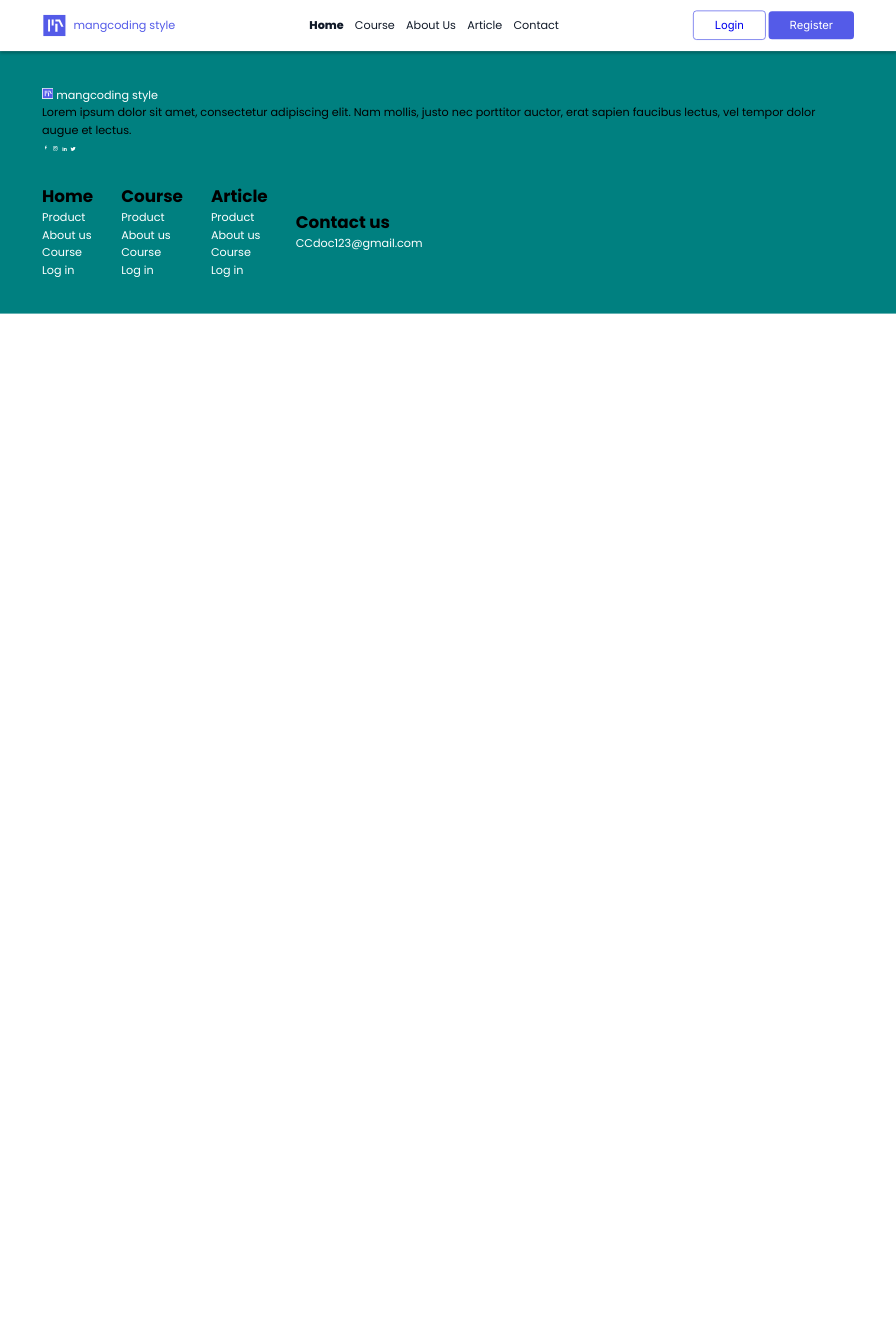
Repository: Dania-Alqam/landing-page
Page: index.html
These files come from the project's save history. The page is drawn as it stood at one moment and after the next save; the edit follows.
The browser window is 1280 px wide. The pictures show the part of the page from y = 0 to 1920 px (the page is 5000 px tall), at 70% of full size.

Above is the page before, as saved 2024-06-21 23:48:07.

After the next save:
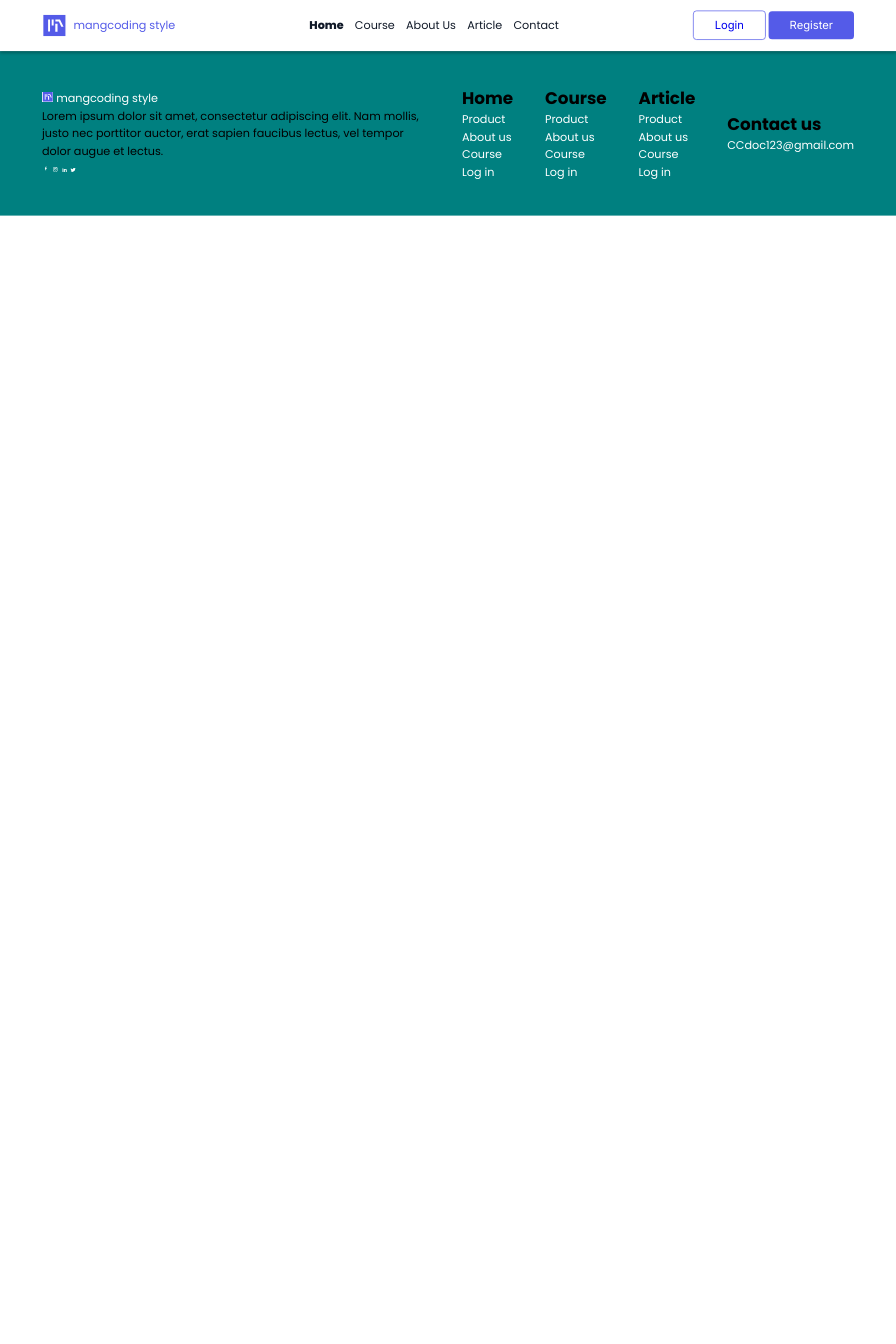
Saved 5 s later.
--- a/assests/css/main.css
+++ b/assests/css/main.css
@@ -73,7 +73,7 @@ font-weight: 800;
 
 .footer .footer-start,
 .footer .footer-end{
-    width: calc((100%- - ) / 2);
+    width: calc((100% - 40px) / 2);
 }
 
 .footer .row{
